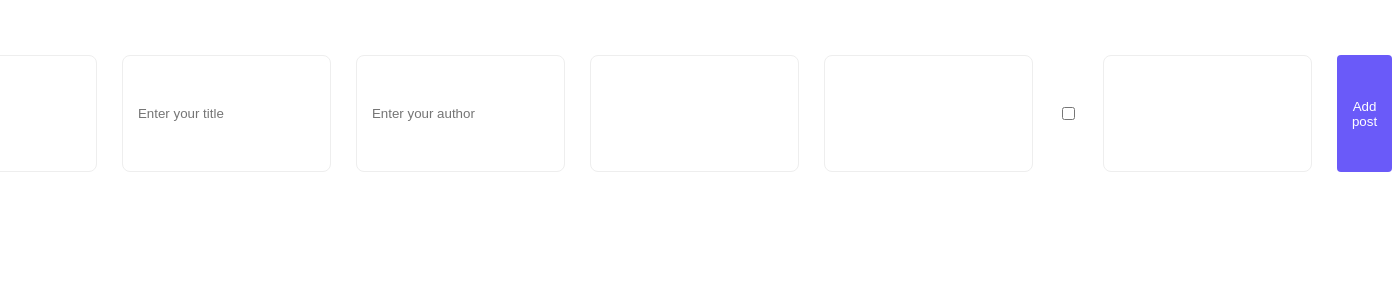
Repository: thuan711/All-about-JS
Page: api/api.html
These files come from the project's save history. The page is drawn as it stood at one moment and after the next save; the edit follows.
The browser window is 1280 px wide. The page is 1392 px wide, so the pictures cover 1392 px, including what lies to the right of the window. The pictures show the whole page.

Above is the page before, as saved 2023-01-22 21:22:58.

### api/api.html
<!DOCTYPE html>
<html lang="en">
<head>
    <meta charset="UTF-8">
    <meta http-equiv="X-UA-Compatible" content="IE=edge">
    <meta name="viewport" content="width=device-width, initial-scale=1.0">
    <title>Document</title>
    <!-- <style>
        .joke {
            display: flex;
            flex-direction: column;
            justify-content: center;
            align-items: center;
            padding: 100px 50px;
            border-radius: 8px;
            border: 1px solid #eee;
          }
          .joke-heading {
            font-size: 30px;
            font-weight: 500;
            line-height: 1.5;
            margin-bottom: 30px;
            text-align: center;
          }
          .joke-button {
            border: 0;
            outline: none;
            display: block;
            cursor: pointer;
            padding: 0 30px;
            border-radius: 8px;
            color: white;
            background-color: #20e3b2;
            position: relative;
            height: 55px;
            width: 100%;
            max-width: 200px;
          }
          .loader {
            width: 20px;
            height: 20px;
            border: 3px solid white;
            border-left: 3px solid transparent;
            border-radius: 50%;
            position: absolute;
            top: 50%;
            left: 50%;
            transform: translate(-50%, -50%);
            animation: spin 1s infinite linear forwards;
            display: none;
          }
          @keyframes spin {
            to {
              transform: translate(-50%, -50%) rotate(360deg);
            }
          }
          .joke.is-loading .joke-button {
            opacity: 0.5;
            pointer-events: none;
          }
          .joke.is-loading .joke-button .loader {
            display: block;
          }
          .joke.is-loading .joke-button span {
            display: none;
          }
    </style> -->
    <style>
        .images {
            padding: 50px;
            display: grid;
            grid-template-columns: repeat(4, 1fr);
            grid-gap: 25px;
          }
          .image-item {
            height: 220px;
            padding: 10px;
            border-radius: 10px;
            background-color: white;
            border: 1px solid #eee;
          }
          .image-item img {
            width: 100%;
            height: 100%;
            object-fit: cover;
          }
          .load-more {
            display: block;
            width: max-content;
            padding: 15px 30px;
            border-radius: 4px;
            color: white;
            background-color: #6a5af9;
            border: 0;
            margin: 25px auto;
          }
          .image-loader {
            position: fixed;
            top: 50%;
            left: 50%;
            transform: translate(-50%, -50%);
            animation: spin 1s infinite linear forwards;
            width: 50px;
            height: 50px;
            border: 5px solid #6a5af9;
            border-right: 5px solid transparent;
            border-radius: 50%;
          }
          @keyframes spin {
            to {
              transform: translate(-50%, -50%) rotate(360deg);
            }
          }
          /*json placeholder*/
          .form-post{
            display: flex;
            justify-content: center;
            gap: 0 25px;
            margin: 25px auto;
            padding: 30px;
          }
          .form-post input{
            padding: 50px 15px;
            border: 1px solid #eee;
            border-radius: 8px;
          }
          .form-post button{
            background-color: #6a5af9;
            color: white;
            border: 0;
            outline: none;
            padding: 10px 15px;
            border-radius: 4px;
          }
    </style>

</head>
<body>
    <!-- <div class="joke">
        <h1 class="joke-heading"></h1>
        <button class="joke-button">
            <div class="loader"></div>
            <span>Get random joke</span>
          </button>

    </div> -->
    <!-- <div class="username"></div> -->

    <!-- <div class="images">
        <div class="image-loader"></div>
        <img src="https://source.unsplash.com/random" alt="">
    </div>
    <button class="load-more">Load more</button> -->
    <!-- <form class="form-post">
        <input type="text" name="title" placeholder="Enter your title">
        <input type="text" name="author" placeholder="Enter your author"/>
        <button type="submit">Add post</button>
    </form>
    <script src="./placeholder.js"></script> -->
    <form class="form-post">
        <input type="text" name="image" placeholder="Image URL">
        <input type="text" name="title" placeholder="Enter your title">
        <input type="text" name="author" placeholder="Enter your author">
        <input type="number" name="rating">
        <input type="number" name="price">
        <input type="checkbox" name="bestSeller">
        <input type="number" name="buyAmount">
        <button type="submit">Add post</button>
    </form>
    <script src="./placeholder.js"></script>
</body>
</html>

### api/placeholder.js
// async function addPost(title, author){
//     const response = await fetch('http://localhost:3000/posts', {
//     method: "POST",
//     body: JSON.stringify({

//         title,
//         author,

//     }),
//     headers: {
//         'Content-type': 'application/json; charset=UTF-8',
//     },
//     })
//     .then((response) => response.json())
//     .then((json) => console.log(json));
//     console.log(response);
//     return response;
// }
// const formPost = document.querySelector(".form-post");
// formPost.addEventListener("submit", function(e){
//     e.preventDefault();
//     const title = this.elements["title"].value;
//     const author = this.elements["author"].value;
//     addPost(title, author);
// })
const course = {
    image: "",
    title: "",
    author: "",
    rating: "",
    price: "",
    bestSeller: "",
    buyAmount: "",
}
const endPoint = "http://localhost:3456/courses";
async function addPost(image, title, author, rating, price, bestSeller, buyAmount){
    fetch(endPoint, {
        method: "POST",
        body: JSON.stringify({
            image,
            title,
            author,
            rating,
            price,
            bestSeller,
            buyAmount,

        }),
        headers: {
            'Content-type': 'application/json; charset=UTF-8',
        },
    })
}
const formPost = document.querySelector(".form-post");
formPost.addEventListener("submit", function(e){
    e.preventDefault();
    const image = this.elements["image"].value;
    const title = this.elements["title"].value;
    const author = this.elements["author"].value;
    const rating = this.elements["rating"].value;
    const price = this.elements["price"].value;
    const bestSeller = this.elements["bestSeller"].value;
    const buyAmount = this.elements["buyAmount"].value;
    addPost(image, title, author, rating, price, bestSeller, buyAmount);
})

After the next save:
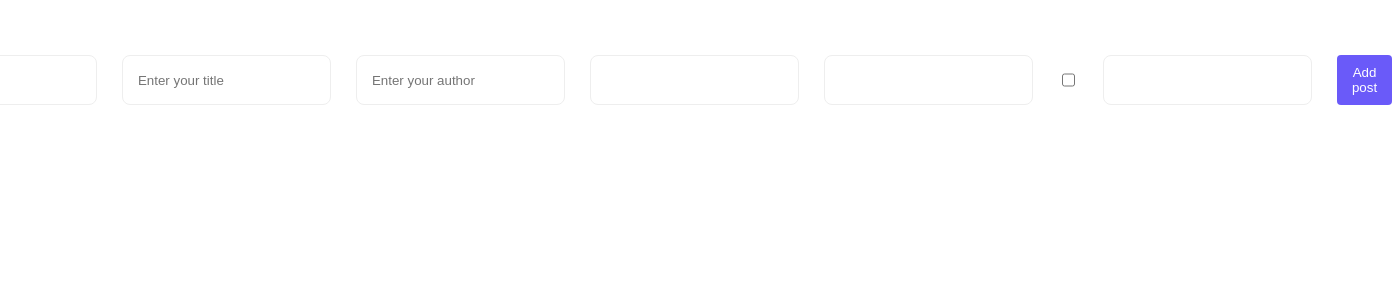
Saved 22 s later.
--- a/api/api.html
+++ b/api/api.html
@@ -120,7 +120,7 @@
             padding: 30px;
           }
           .form-post input{
-            padding: 50px 15px;
+            padding: 10px 15px;
             border: 1px solid #eee;
             border-radius: 8px;
           }
